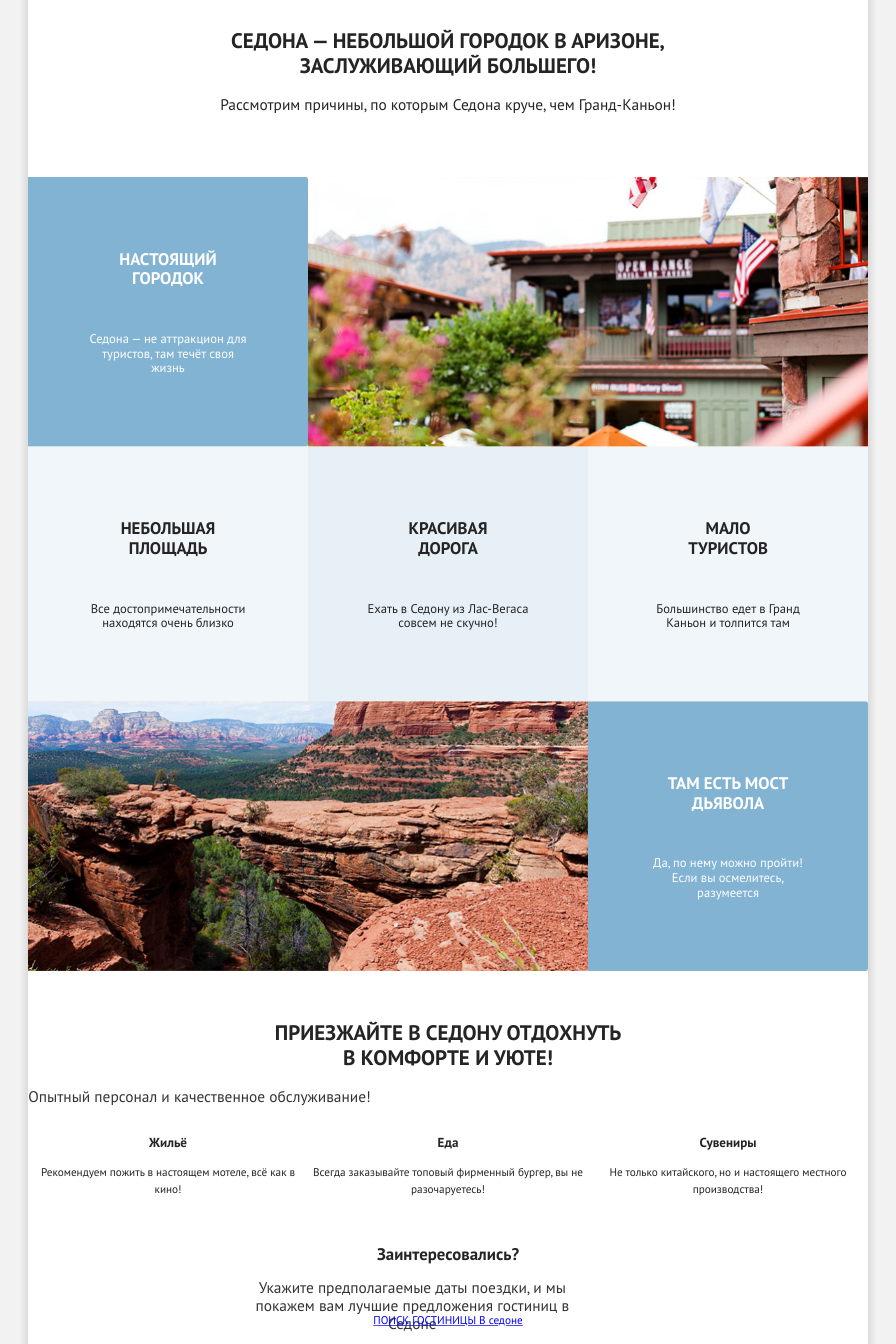
Repository: zakhgagne/2512253-sedona-1
Page: index.html
The author's editor kept a copy of each file at every save. The page is drawn from the files as they stood at one save, then again after the next save.
The browser window is 1280 px wide. The pictures show the part of the page from y = 580 to 2500 px (the page is 3186 px tall before and 3183 px after), at 70% of full size.

Above is the page before, as saved 2024-05-11 15:25:51.

After the next save:
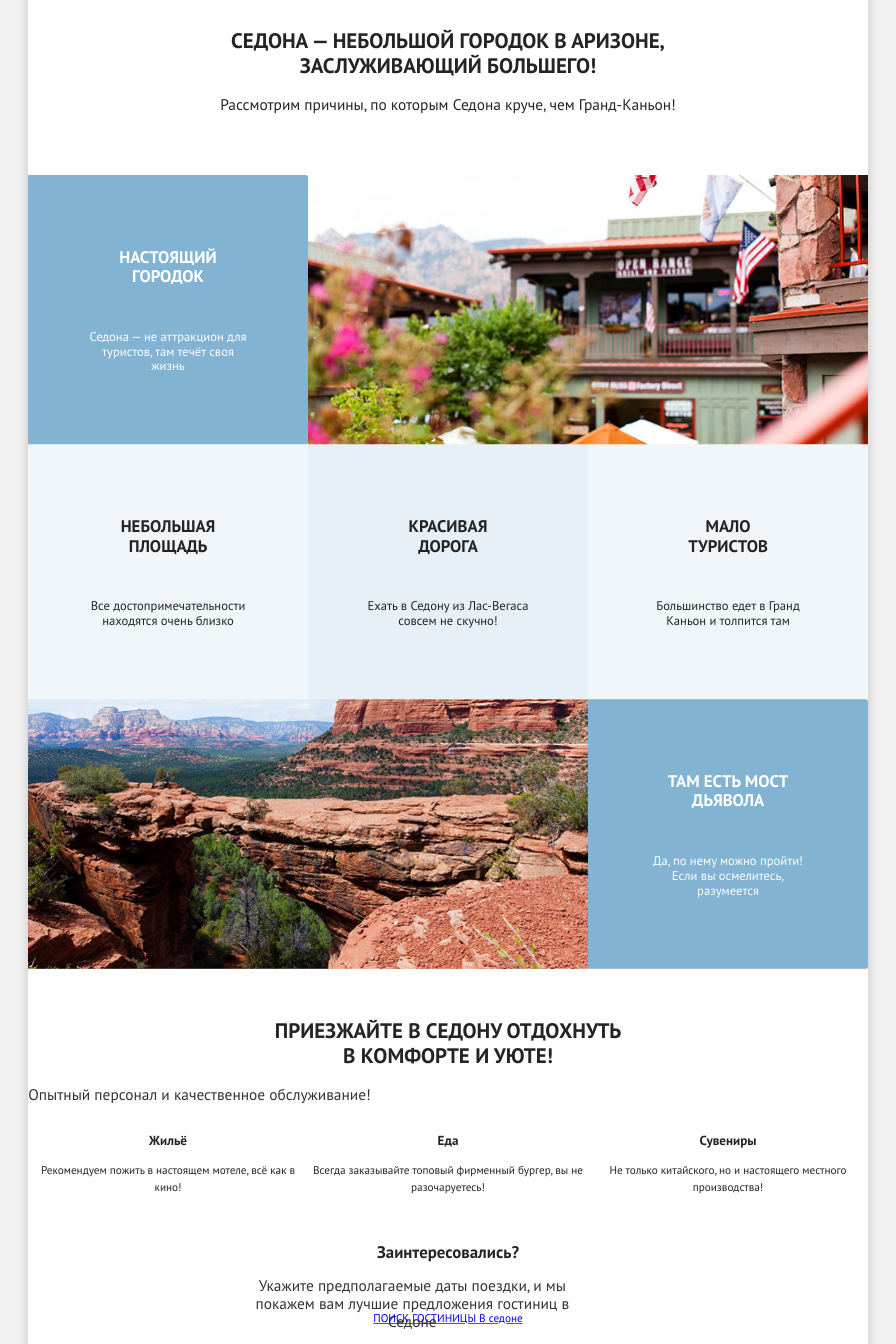
Saved 4 min 1 s later.
--- a/styles/styles.css
+++ b/styles/styles.css
@@ -129,7 +129,7 @@ body {
 
 .city-subtitle {
   padding: 1px;
-  margin: 0 auto 90px;
+  margin: 0 auto 87px;
   font-size: 22px;
   font-weight: 400;
   line-height: 26px;
